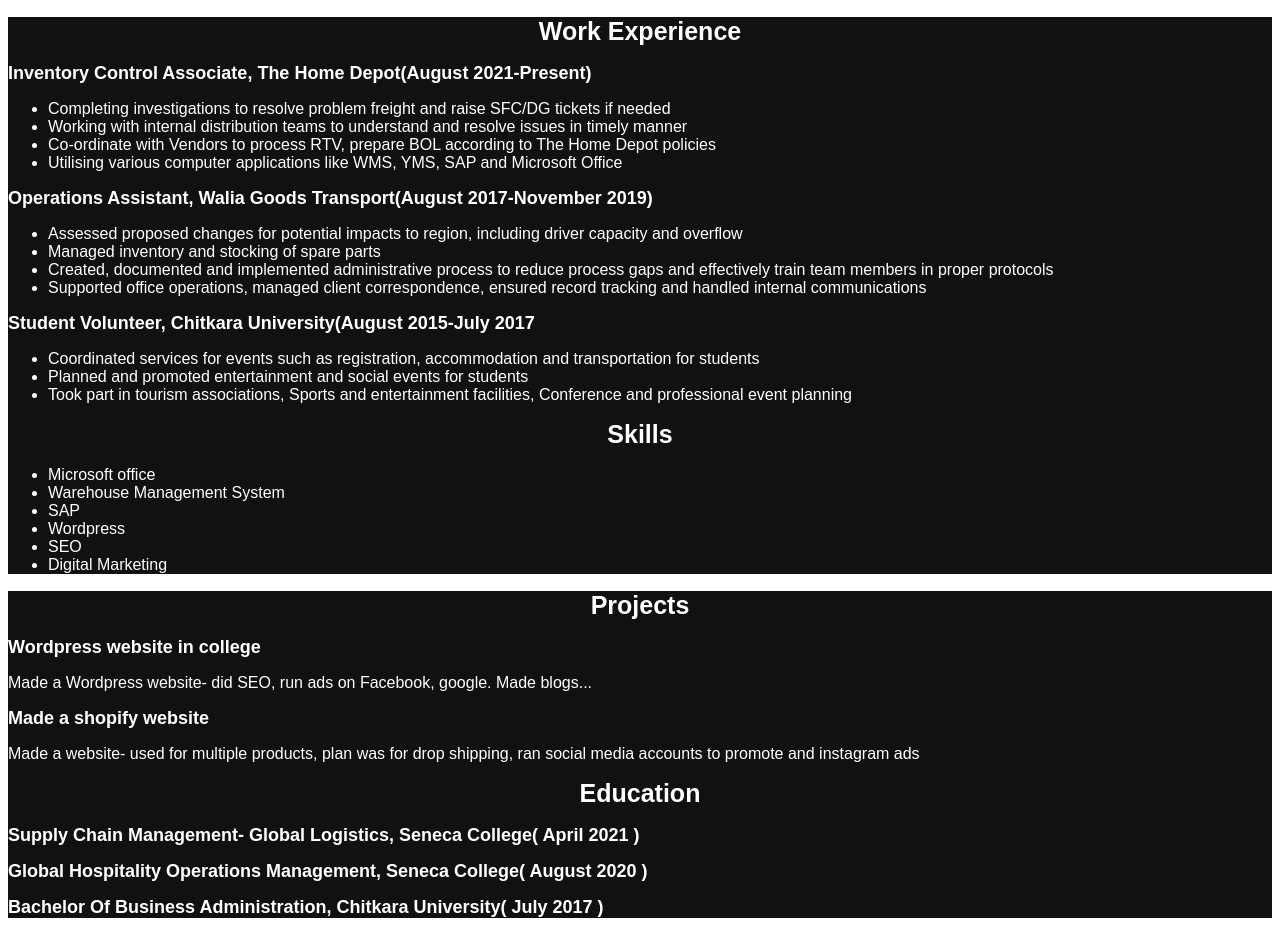
Repository: jashn13/portfolio
Page: index.html
These files come from the project's save history. The page is drawn as it stood at one moment and after the next save; the edit follows.
The browser window is 1280 px wide. The pictures show the whole page.

Above is the page before, as saved 2021-11-13 08:27:15.

After the next save:
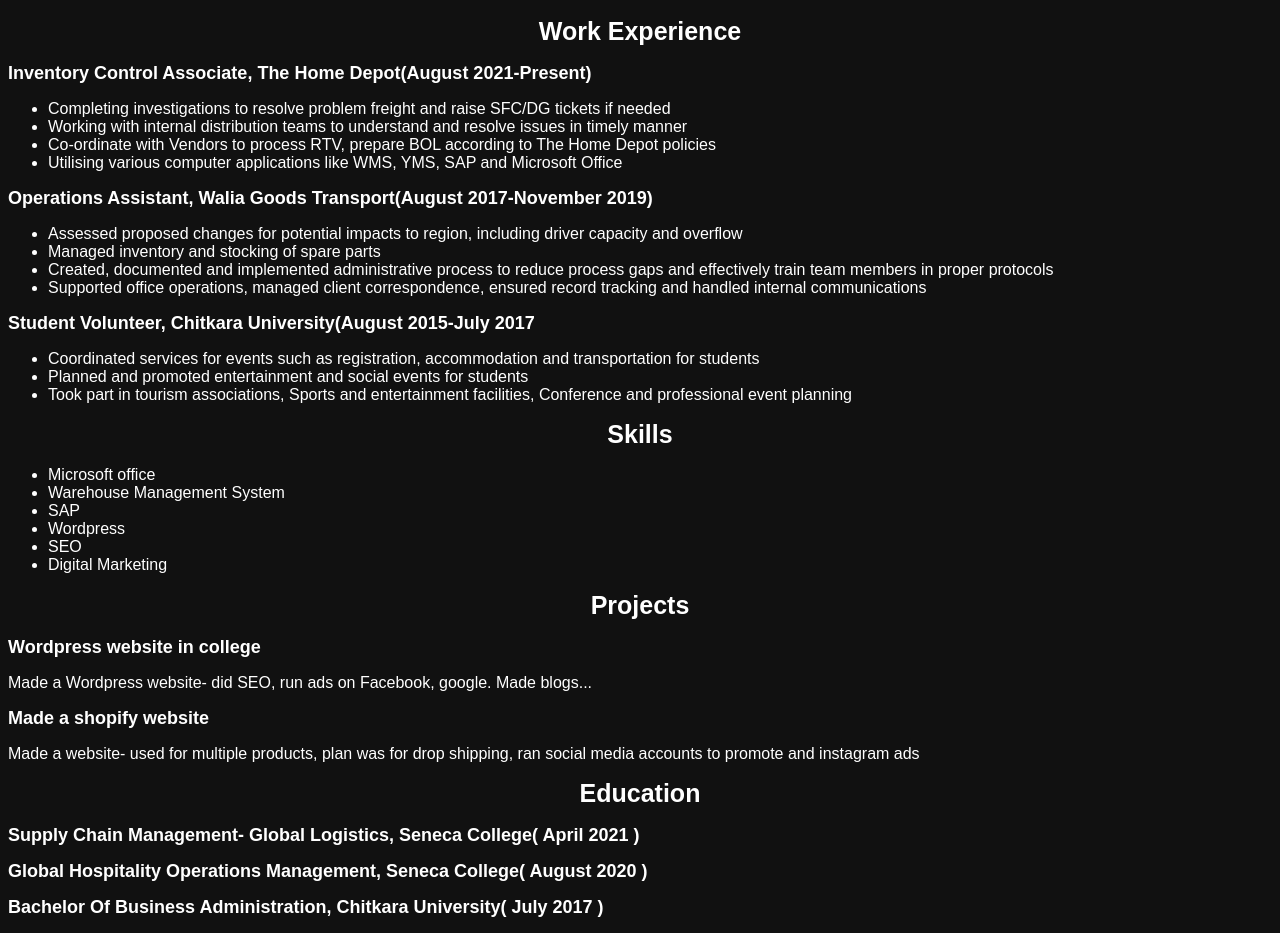
Saved 9 s later.
--- a/index.html
+++ b/index.html
@@ -14,6 +14,7 @@ h2 {
 body {
   font-family: Arial;
   color: white;
+  background-color: #111;
 }
 
 
